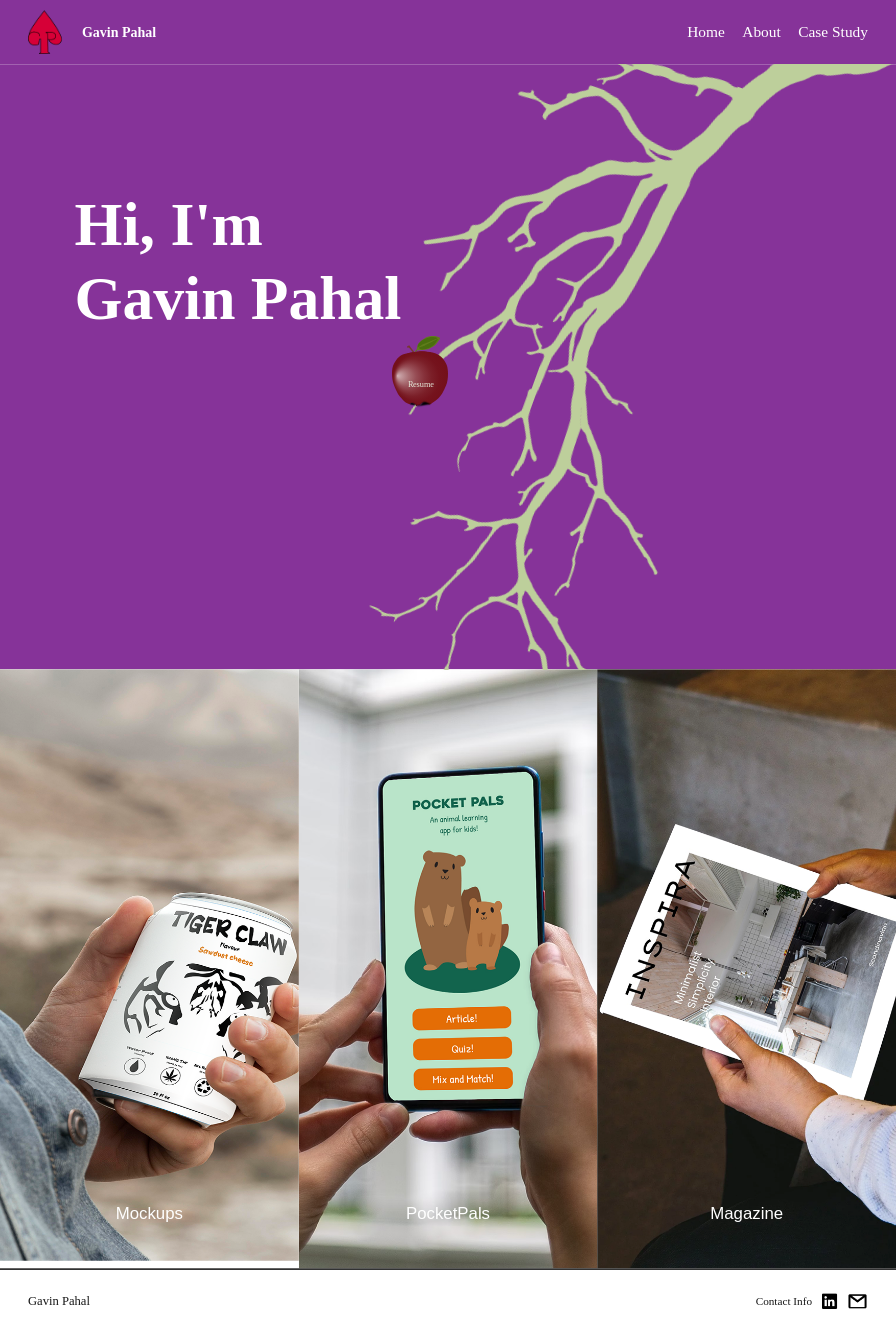
Repository: GavinPahal/portfolios
Page: /
The author's editor kept a copy of each file at every save. The page is drawn from the files as they stood at one save, then again after the next save.
The browser window is 1280 px wide. The pictures show the whole page, at 70% of full size.
The project was rebuilt for these pictures with package versions that can differ from the ones it lists, and the page was loaded fresh each time. The framework's server and built-in components were replaced by stand-ins that run in the browser. Also part of the build but not shown: next.config.mjs, components/BackToTop/BackToTop.module.css.

Above is the page before, as saved 2025-02-23 16:54:11.

After the next save:
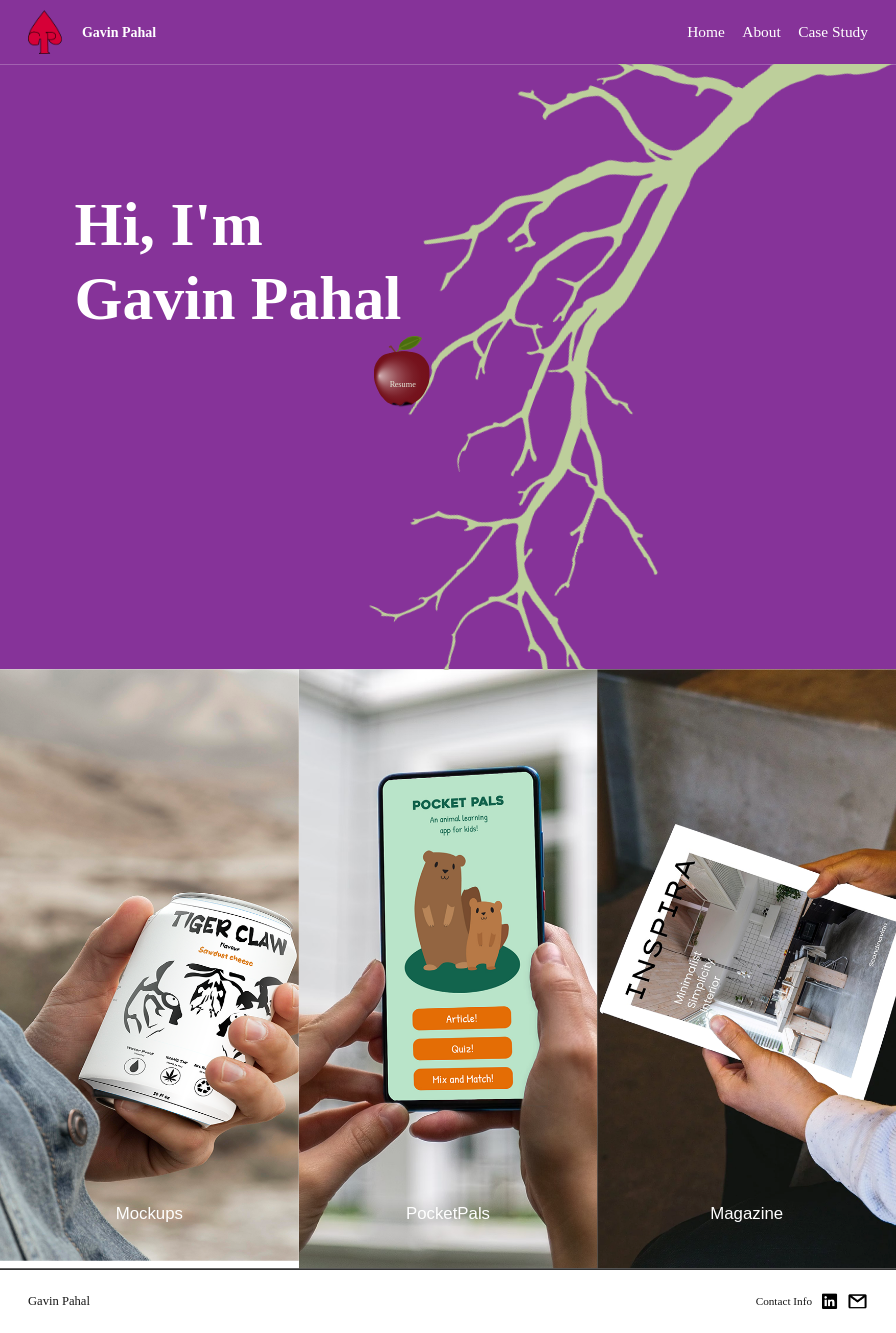
Saved 12 s later.
--- a/components/HeroSection/HeroSection.module.css
+++ b/components/HeroSection/HeroSection.module.css
@@ -48,7 +48,7 @@
 .apple {
   position: absolute;
   top: 45%; /* Adjust to align with branch near "Pahal" */
-  right: 50%; /* Fine-tune position for accurate placement */
+  right: 52%; /* Fine-tune position for accurate placement */
   width: 80px; /* Adjust size */
   height: auto;
   opacity: 0;
